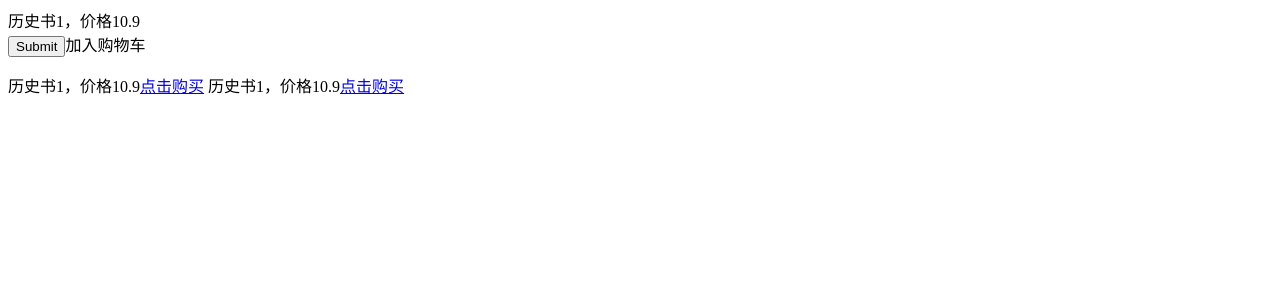
Repository: Matty-GCU/MyEclipse
Page: http://localhost/JavaWeb/chapter08_JSP_built_in_Object_2/homework/8.99.1hw1_book_history.jsp
These files come from the project's save history. The page is drawn as it stood at one moment and after the next save; the edit follows.
The browser window is 1280 px wide. The pictures show the whole page.
The page is served by Tomcat 9. Other server files are loaded and not shown.

Above is the page before, as saved 2021-10-27 16:22:25.

### JavaWeb/WebRoot/chapter08_JSP_built_in_Object_2/homework/8.99.1hw1_book_history.jsp
<%@ page language="java" contentType="text/html; charset=UTF-8"
    pageEncoding="UTF-8"%>
<html>
	<head>
		<title>Insert title here</title>
	</head>
	<body>
		<%

		%>
		历史书1，价格10.9<form><input type="submit">加入购物车</form>
		历史书1，价格10.9<a href="#">点击购买</a>
		历史书1，价格10.9<a href="#">点击购买</a>
	</body>
</html>

After the next save:
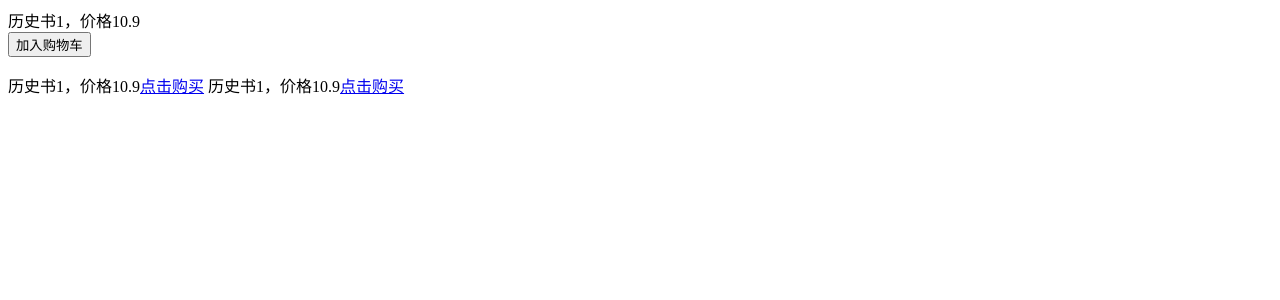
Saved 25 s later.
--- a/JavaWeb/WebRoot/chapter08_JSP_built_in_Object_2/homework/8.99.1hw1_book_history.jsp
+++ b/JavaWeb/WebRoot/chapter08_JSP_built_in_Object_2/homework/8.99.1hw1_book_history.jsp
@@ -8,7 +8,7 @@
 		<%
 
 		%>
-		历史书1，价格10.9<form><input type="submit">加入购物车</form>
+		历史书1，价格10.9<form><input type="submit" value="加入购物车"></form>
 		历史书1，价格10.9<a href="#">点击购买</a>
 		历史书1，价格10.9<a href="#">点击购买</a>
 	</body>
